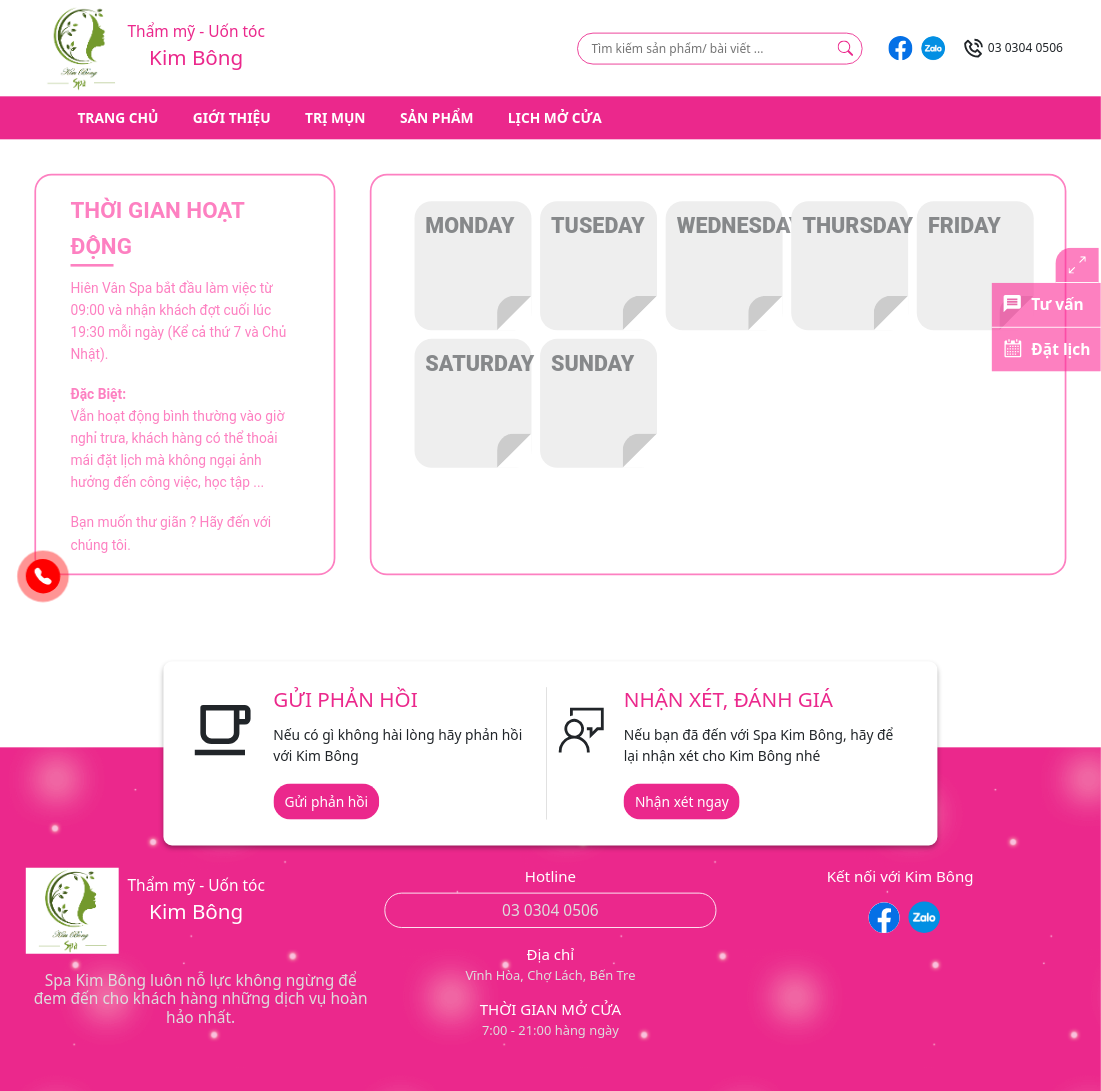
Repository: tranduykhuong/SpaKimBong
Page: /calendar
These files come from the project's save history. The page is drawn as it stood at one moment and after the next save; the edit follows.
The browser window is 1280 px wide. The pictures show the whole page, at 86% of full size.
The project was rebuilt for these pictures with package versions that can differ from the ones it lists, and the page was loaded fresh each time. Also part of the build but not shown: src/components/Banner/banner.scss, src/components/Banner/Banner.js, src/pages/Home/home.scss, src/pages/Home/ListImage/listImage.scss, src/pages/Home/ListImage/ListImage.js, src/pages/Home/BookOnline/bookOnl.scss, src/pages/Home/BookOnline/Modal/ModalBook/modalbook.scss, src/pages/Home/BookOnline/Modal/ModalBook/modalbook.js and 24 more.

Above is the page before, as saved 2022-06-07 10:51:59.

### src/App.js
import "./App.scss";
import Header from "./components/Header/Header";
import Home from "./pages/Home/Home";
import "bootstrap/dist/css/bootstrap.min.css";
import { Route, Routes } from "react-router-dom";
import About from "./pages/About/About";
import Products from "./pages/Product/Products";
import ProductDetail from "./pages/Product/ProductDetail/ProductDetail";
import AcneTreatment from "./pages/AcneTreatment/AcneTreatment";
import ContactToolbox from "./components/ContactToolbox/ContactToolbox";
import BackToTop from "./components/BackToTop/BackToTop";
import PhoneTool from "./components/PhoneTool/PhoneTool";
import Calendar from "./pages/Calendar/Calendar";

function App() {
  return (
    <div className="App">
      <Header />
      <ContactToolbox />
      <BackToTop />
      <PhoneTool />
      <Routes>
        <Route path="/" element={<Home />} />
        <Route path="/about" element={<About />} />
        <Route path="/products" element={<Products />} />
        <Route path="/acne" element={<AcneTreatment />} />
        <Route path="/calendar" element={<Calendar />} />

        <Route path="/products/1" element={<ProductDetail />} />
      </Routes>
    </div>
  );
}

export default App;

### src/components/ContactToolbox/ContactToolbox.js
import React, { useState } from "react";
import "./contactToolbox.scss";
import { MdMessage } from "react-icons/md";
import { GoCalendar } from "react-icons/go";
import { BsArrowsAngleExpand } from "react-icons/bs";

const ContactToolbox = () => {
  const [hidden, setHidden] = useState(false);

  return (
    <div className="contactFixed">
      <div className="toolboxScroll" onClick={() => setHidden((prev) => !prev)}>
        <BsArrowsAngleExpand className="iconArrow" />
      </div>
      <div className={"toolboxList " + (hidden ? "hidden" : "open")}>
        <div className="advise toolboxItem">
          <MdMessage className="iconMessage" />
          <p>Tư vấn</p>
        </div>
        <div className="book toolboxItem">
          <GoCalendar className="iconCalendar" />
          <p>Đặt lịch</p>
        </div>
      </div>
    </div>
  );
};

export default ContactToolbox;

### src/components/BackToTop/BackToTop.js
import React, { useEffect, useState } from "react";
import "./backToTop.scss";
import { FaRegArrowAltCircleUp } from "react-icons/fa";

const BackToTop = () => {
  const [clicked, setClick] = useState(true);
  const [hiddenArrow, setHiddenArrow] = useState(true);

  useEffect(() => {
    const handleScroll = () => {
      if (window.scrollY > 550) setHiddenArrow(false);
      else setHiddenArrow(true);
    };
    window.addEventListener("scroll", handleScroll);
    return () => {
      window.removeEventListener("scroll", handleScroll);
    };
  }, []);

  useEffect(() => {
    window.scrollTo(0, 0);
  }, [clicked]);

  return (
    <div
      className={"backToTop " + (hiddenArrow ? "" : "show")}
      onClick={() => setClick((prev) => !prev)}
    >
      <FaRegArrowAltCircleUp className="icon" />
    </div>
  );
};

export default BackToTop;

### src/components/PhoneTool/PhoneTool.js
import React from "react";
import "./phoneTool.scss";
import { BsFillTelephoneFill } from "react-icons/bs";

const PhoneTool = () => {
  return (
    <div className="phoneTool">
      <div className="phone">
        <BsFillTelephoneFill className="iconPhone" />
      </div>
      <div className="circle"></div>
    </div>
  );
};

export default PhoneTool;

### src/components/Header/header.scss
@import '../../SCSS/base/variables.scss';
$height-navbar: 5rem;

.header {
    .mg-navbar {
        margin-bottom: $height-navbar;
    }

    .infor {
        max-width: 1200px;
        padding: .6rem 0;
        display: flex;
        justify-content: space-between;
        margin: 0 auto;

        .logo {
            display: flex;
            flex: 1;

            img {
                height: 10rem;
            }

            .nameSpa {
                color: $main-color;
                margin: auto 0;

                h4 {
                    font-size: 1.8rem;
                    font-weight: 500;
                }

                h2 {
                    font-size: 2.4rem;
                }
            }
        }


        .search {
            margin: auto 0;
            border-radius: 50px;
            border: solid .1rem $main-color;
            height: 37px;
            display: flex;

            input {
                font-size: 1.4rem;
                margin: auto 16px;
                min-width: 26rem;
                border: none;
                outline: none;
            }

            .icon {
                margin: auto 10px;
                cursor: pointer;
            }

            .iconSearch {
                width: 1.8rem;
                height: 1.8rem;
                color: $main-color;

                &:hover {
                    color: #f867b2;
                }
            }
        }

        .contact {
            display: flex;
            margin-left: 20px;

            .icon {
                margin: auto 0;
                margin-left: 10px;

            }

            .iconFacebook {
                width: 2.8rem;
                height: 2.8rem;
                color: rgba($color: #0570e6, $alpha: 1.0);
            }

            .iconZalo {
                width: 2.8rem;
                height: 2.8rem;
                border-radius: 50%;
            }

            .phone {
                margin: auto 0;
                margin-left: 20px;
                display: flex;

                .iconPhone {
                    width: 2.6rem;
                    height: 2.6rem;
                }

                h3 {
                    font-size: 1.4rem;
                    font-weight: 500;
                    margin: auto 4px;
                }
            }

        }
    }

    .fixedNavbar {
        position: fixed;
        top: 0;
        left: 0;
        z-index: 50;
        width: 100%;
        animation: fixedNavbar 1s forwards;
    }

    @keyframes fixedNavbar {
        from {
            top: -5rem;
            opacity: 0;
        }

        to {
            top: 0;
            opacity: 1;
        }
    }

    .myNavbar {
        height: $height-navbar;
        background-color: $main-color;

        .navbarContent {
            max-width: 1200px;
            margin: 0 auto;

            .navbarList {
                display: flex;
                margin: 0 1rem;
                // justify-content: space-evenly;

                li {
                    list-style: none;

                    a {
                        line-height: $height-navbar;
                        height: $height-navbar;
                        display: block;
                        color: #fff;
                        font-size: 1.6rem;
                        font-weight: 600;
                        text-decoration: none;
                        padding: 0 2rem;
                    }

                    &:hover {
                        background-color: #f844a1;
                        cursor: pointer;
                    }
                }

                .active {
                    background-color: #dd0876;
                }
            }
        }
    }
}

### src/components/ContactToolbox/contactToolbox.scss
.contactFixed {
    position: fixed;
    top: 50%;
    transform: translateY(-50%);
    right: 0;
    z-index: 100;
    cursor: pointer;

    .toolboxScroll {
        border-top-left-radius: 1.8rem;
        background-color: rgba($color: #fc2c97, $alpha: 0.6);
        width: 5rem;
        padding: 1rem;
        color: #fff;
        transform: translateX(149%);
        border-bottom: 1px solid #fff;

        .iconArrow {
            width: 2rem;
            height: 2rem;
        }
    }

    .toolboxList {
        background-color: rgba($color: #fc2c97, $alpha: 0.6);


        .toolboxItem {
            display: flex;
            padding: 1.2rem;
            color: #fff;

            p {
                font-size: 1.8rem;
                margin: 0;
                padding-left: 1rem;
                font-weight: 600;
            }
        }

        .advise {
            border-bottom: 1px solid #fff;

            .iconMessage {
                width: 2.4rem;
                height: 2.4rem;
            }
        }

        .book {

            .iconCalendar {
                width: 2.4rem;
                height: 2.4rem;
            }
        }
    }

    .hidden {
        animation: toRight 0.8s linear forwards;
    }

    .open {
        animation: toLeft 0.8s linear backwards;
    }

    @keyframes toRight {
        to {
            transform: translateX(62%);
        }
    }

    @keyframes toLeft {
        from {
            transform: translateX(62%);

        }

        to {
            transform: translateX(0);
        }
    }
}

### src/components/BackToTop/backToTop.scss
.backToTop {
    position: fixed;
    bottom: 2rem;
    right: 2rem;
    z-index: 100;
    display: none;

    .icon {
        width: 4rem;
        height: 4rem;
        color: #fa72b8;
        cursor: pointer;
    }
}

.show {
    animation: FadeIn 0.8s forwards;
    display: block;

    @keyframes FadeIn {
        from {
            bottom: 0;
        }

        to {
            bottom: 2rem;
        }
    }
}

### src/components/PhoneTool/phoneTool.scss
.phoneTool {
    position: fixed;
    width: 6rem;
    height: 6rem;
    left: 1rem;
    border-radius: 50%;
    bottom: 3rem;
    z-index: 100;
    cursor: pointer;

    .phone {
        position: absolute;
        z-index: 5;
        top: 34%;
        left: 34%;
        background-color: red;
        padding: 1rem;
        border-radius: 50%;
        animation: phoneSkin 1s infinite ease-in-out;

        .iconPhone {
            height: 2rem;
            width: 2rem;
            color: #fff;

        }

        @keyframes phoneSkin {
            0% {
                transform: rotate(0) scale(1) skew(1deg);
            }

            10% {
                transform: rotate(-25deg) scale(1) skew(1deg);
            }

            20% {
                transform: rotate(25deg) scale(1) skew(1deg);
            }

            30% {
                transform: rotate(-25deg) scale(1) skew(1deg);
            }

            40% {
                transform: rotate(25deg) scale(1) skew(1deg);
            }

            50% {
                transform: rotate(0) scale(1) skew(1deg);
            }

            100% {
                transform: rotate(0) scale(1) skew(1deg);
            }
        }
    }

    .circle {
        position: absolute;
        width: 6rem;
        height: 6rem;
        border-radius: 50%;
        top: 16%;
        left: 16%;
        background-color: rgba($color: rgb(255, 42, 42), $alpha: 0.5);
        animation: zoom 1s infinite;

        @keyframes zoom {
            0% {
                transform: scale(0.9);
            }

            70% {
                transform: scale(1);
                box-shadow: 0 0 0 15px transparent;
            }

            100% {
                transform: scale(0.9);
                box-shadow: 0 0 0 0 transparent;
            }
        }
    }
}

### src/pages/Calendar/calendar.scss
.container-calendar {
  .container-bg-calendar {
    .calendar {
      display: flex;
      width: 100%;
      text-align: left;
      padding: 4rem;
      font-family: "Roboto", sans-serif;

      .calendar-content {
        width: 30%;
        border: solid 2px #fd80c1;
        // border-bottom-left-radius: 20px;
        // border-top-left-radius: 20px;
        // border-top-right-radius: 20px;
        border-radius: 20px;
        padding: 2rem 4rem 0;
        margin-right: 4rem;
        h3 {
          margin: 0 0 13px;
          color: #fd80c1;
          font-size: 26px;
          font-weight: bold;
          line-height: 1.6;
        }

        h3:after {
          content: "";
          display: block;
          width: 5rem;
          height: 0.25rem;
          background: #fd80c1;
        }

        #special {
          color: #fd80c1;
          font-size: 16px;
          line-height: 1.6;
          margin-bottom: 0;
        }

        p {
          margin: 0 0 21px;
          color: #fd80c1;
          font-size: 16px;
          line-height: 1.6;
        }
      }

      .calendar-boxs-day {
        width: 70%;
        border: solid 2px #fd80c1;
        border-radius: 20px;
        padding: 3rem 0 2rem 5rem;

        .calendar-boxs {
          display: flex;
          width: 100%;
          flex-wrap: wrap;

          .calendar-box {
            margin: 0 1rem 1rem 0;
            width: 18%;
            height: 15rem;
            // border: solid 2px #fd80c1;
            // border-bottom-right-radius: 2rem;

            // margin: 10px;
            // width: 300px;
            // height: 200px;
            background-color: #eee;
            border-radius: 20px;
            position: relative;

            p{
              font: 40px "Roboto", sans-serif;
              font-weight: 600;
              opacity: 0.5;
              padding-left: 1.3rem;

            }
          }
          .calendar-box:before {
            content: "";
            position: absolute;
            bottom: 0;
            right: 0;
            border-top: 4rem solid #ccc;
            border-right: 4rem solid transparent;
            border-left: 0 solid transparent;
            border-top-left-radius: 20px;
          }
          .calendar-box:after {
            content: "";
            position: absolute;
            bottom: 0;
            right: 0;
            border-bottom: 4rem solid white;
            border-left: 4rem solid transparent;
          }
        }
      }
    }
  }
}

### src/SCSS/base/variables.scss
$main-color: #eb288c;
$text-color: #444;
$title-color: #fff;

### src/components/Footer/footer.scss
@import '../../SCSS/base/variables.scss';

.footer {
    background-image: url(../../../public/img/sparkle1.png), url(../../../public/img/sparkle2.png);
    width: 100%;
    height: 400px;
    background-color: $main-color;
    animation: sparkle 60s linear infinite;
    padding: 14rem 3rem 0;
    display: flex;
    justify-content: space-around;
    position: relative;
    margin-top: 16rem;

    .logo {
        flex: 1;

        .info {
            display: flex;

            img {
                height: 10rem;
            }

            .nameSpa {
                color: $title-color;
                margin: 1rem;

                h4 {
                    font-size: 1.8rem;
                    font-weight: 500;
                }

                h2 {
                    font-size: 2.4rem;
                }
            }
        }

        h5 {
            margin: 2rem .6rem;
            font-size: 1.8rem;
            font-weight: 400;
            color: #ddd;
        }
    }

    .contact {
        flex: 1;
        text-align: center;

        h3 {
            margin-bottom: 1.8rem;
            color: $title-color;
        }

        .icon {
            margin: auto 0;
            margin-left: 10px;

        }

        .iconFacebook {
            width: 3.6rem;
            height: 3.6rem;
            color: rgba($color: #0570e6, $alpha: 1.0);
            background-color: $title-color;
            border-radius: 50%;
        }

        .iconZalo {
            width: 3.7rem;
            height: 3.7rem;
            border-radius: 50%;
        }
    }

    .address {
        color: #ddd;
        flex: 1;
        text-align: center;

        h3 {
            // margin-bottom: 2rem;
            color: $title-color;
        }

        h4 {
            margin-bottom: 2rem;
        }

        .hotline {
            padding: .6rem;
            font-size: 1.8rem;
            margin: .8rem 1rem 2rem;
            border: 1px solid $title-color;
            border-radius: 2rem;

            &:hover {
                color: $title-color;
                cursor: pointer;
            }
        }
    }

    @keyframes sparkle {
        0% {
            background-position: 0px 0px, 0px 0px, 0px 0px;
        }

        100% {
            background-position: -500px -1000px, -400px -400px, 300px 300px;
        }
    }

    .subFooter {
        width: 100%;
        max-width: 90rem;
        min-height: 20rem;
        box-shadow: 0 3px 6px -4px rgba(0, 0, 0, 0.2), 0 3px 6px rgba(0, 0, 0, 0.3);

        background-color: #fff;
        border-radius: 1rem;
        z-index: 50;
        top: -10rem;
        left: 50%;
        transform: translateX(-50%);
        position: absolute;
        display: flex;
        padding: 3rem;
        justify-content: space-around;

        .report,
        .feedback {
            display: flex;
            flex: 1;
            justify-content: center;
            text-align: left;

            h3 {
                text-transform: uppercase;
                font-size: 2.4rem;
                color: $main-color;
            }

            p {
                font-size: 1.6rem;
                padding: 1rem 1.4rem 1rem 0;
            }

            .icon {
                height: 10rem;
                width: 10rem;
                margin-right: 2rem;
            }

            .btn {
                padding: 0.8rem 1.2rem;
                background-color: $main-color;
                border-radius: 2rem;
                font-size: 1.6rem;
                color: #fff;

                &:hover {
                    background-color: #cc1574;
                }
            }
        }

        .report {
            border-right: 1px solid #ddd;
        }

        .feedback {
            margin-left: 1rem;
        }
    }
}

Loaded but not shown: public/index.html (common file); src/index.js (common file); src/index.css (common file); src/reportWebVitals.js (common file); src/App.scss (common file); src/components/Header/Header.js (92 lines, source omitted); src/pages/Calendar/Calendar.js (61 lines, source omitted); src/components/Footer/Footer.js (68 lines, source omitted)

After the next save:
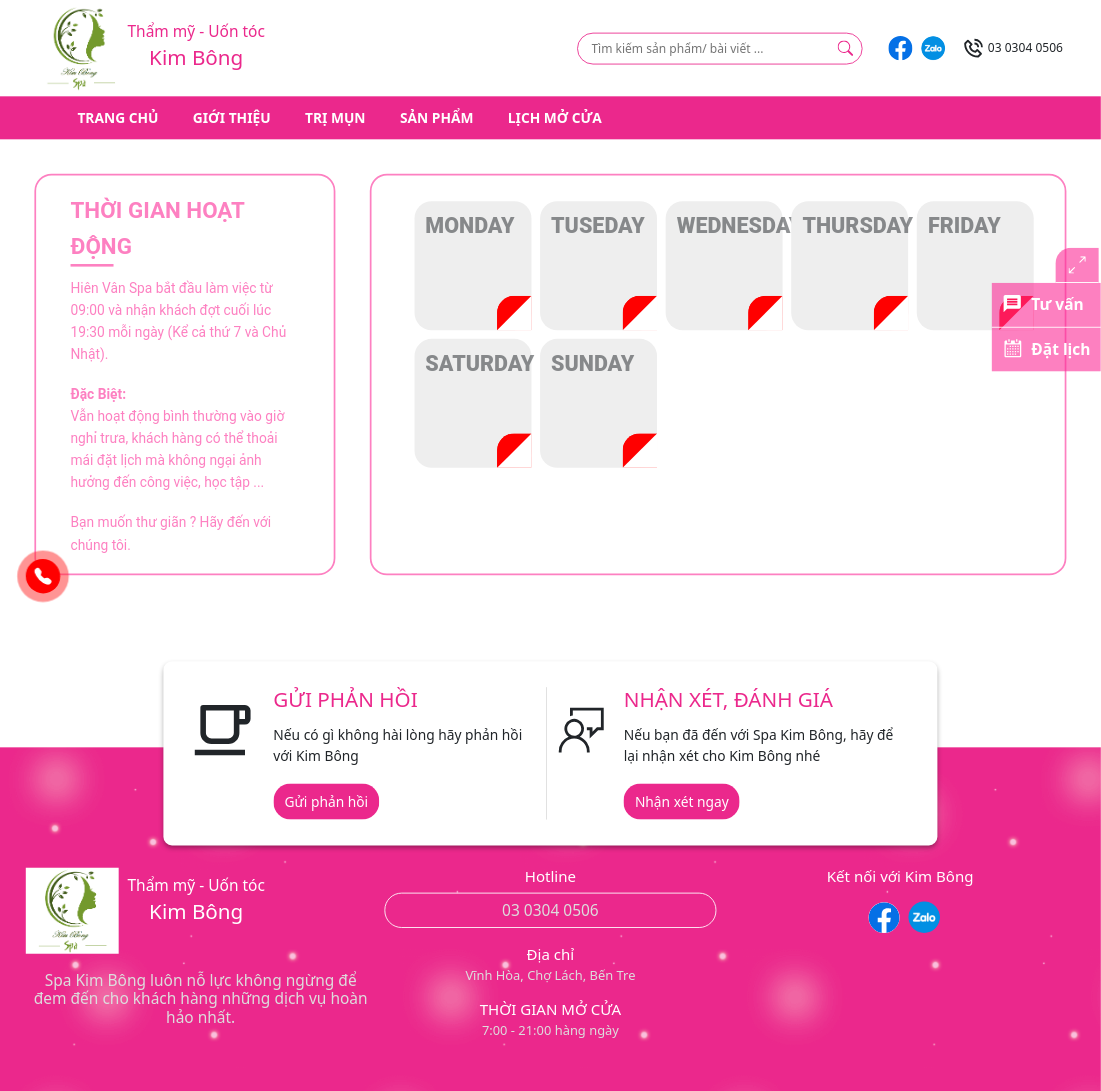
Saved 98 s later.
--- a/src/pages/Calendar/calendar.scss
+++ b/src/pages/Calendar/calendar.scss
@@ -89,6 +89,7 @@
             border-right: 4rem solid transparent;
             border-left: 0 solid transparent;
             border-top-left-radius: 20px;
+            border-color: red;
           }
           .calendar-box:after {
             content: "";

After the save that followed:
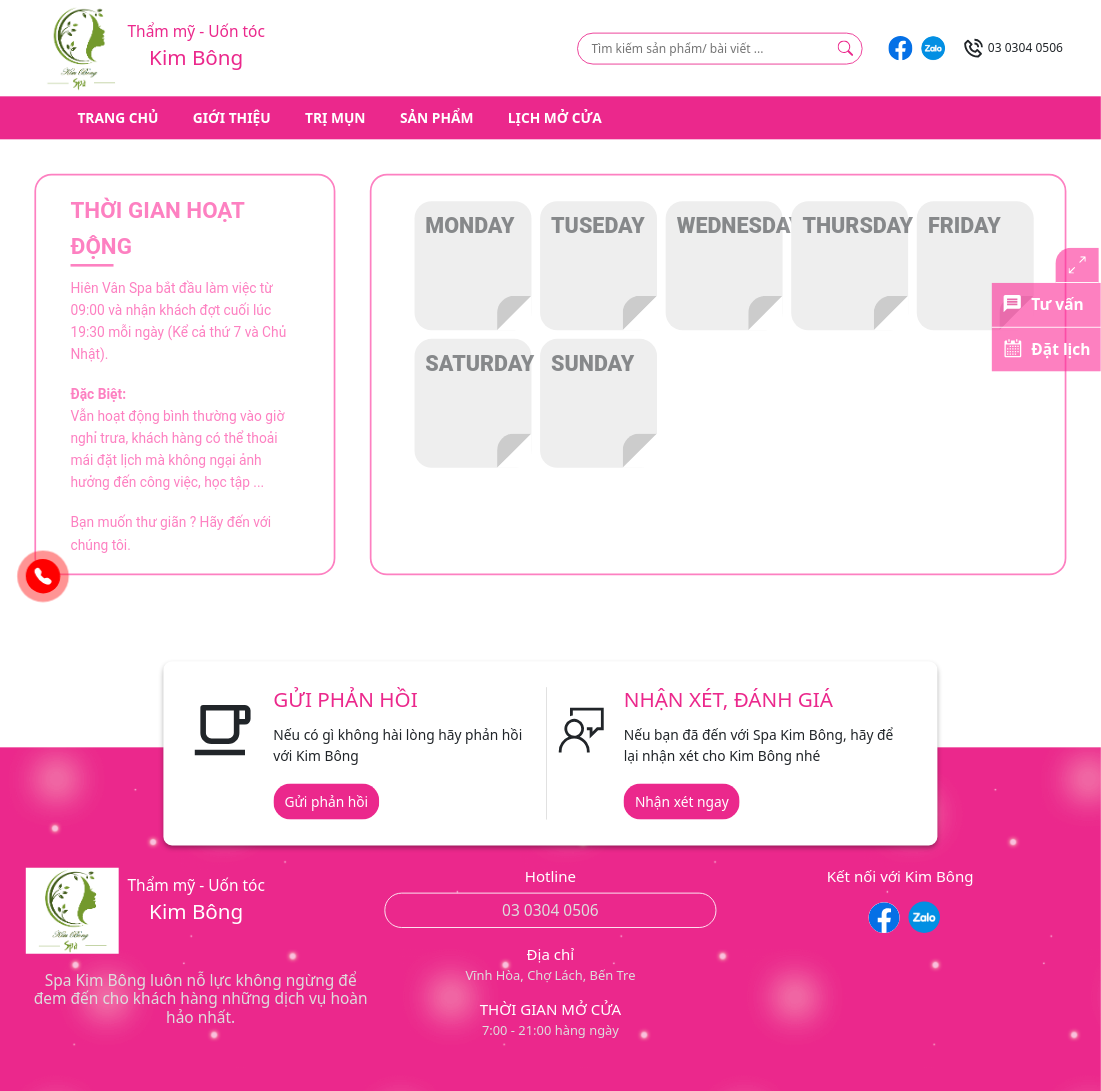
Saved 8 s later.
--- a/src/pages/Calendar/calendar.scss
+++ b/src/pages/Calendar/calendar.scss
@@ -89,7 +89,6 @@
             border-right: 4rem solid transparent;
             border-left: 0 solid transparent;
             border-top-left-radius: 20px;
-            border-color: red;
           }
           .calendar-box:after {
             content: "";
